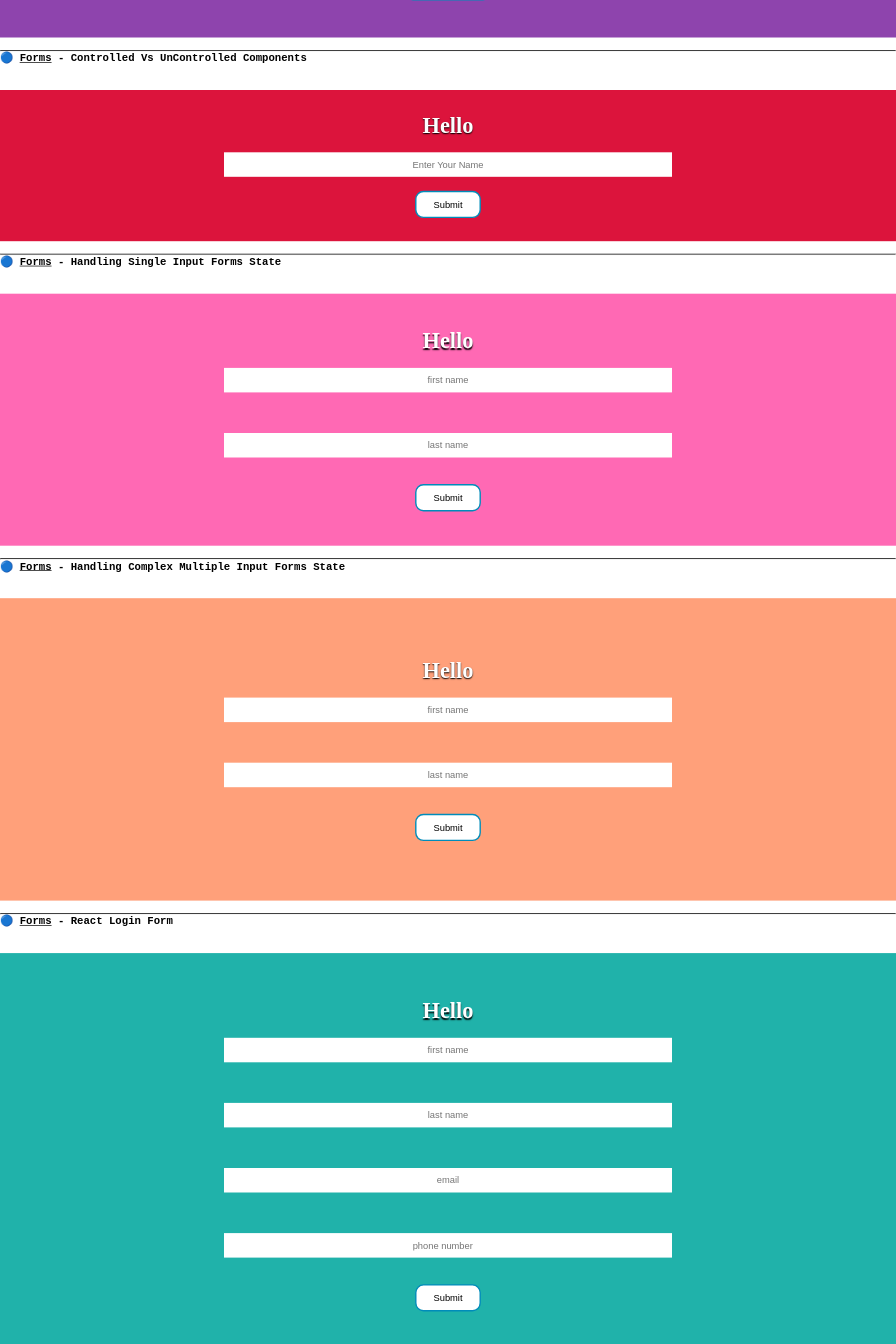
Repository: AalokJadhav/Being_ReactJS
Page: /
An editor plug-in stored every save of this project. The page is shown before and after the next save, followed by the edit.
The browser window is 1280 px wide. The pictures show the part of the page from y = 4201 to 6121 px (the page is 6121 px tall), at 70% of full size.
Some web fonts or font styles are not loaded; a fallback is used. The project was rebuilt for these pictures with package versions that can differ from the ones it lists, and the page was loaded fresh each time.

Above is the page before, as saved 2021-10-29 10:10:44.

After the next save:
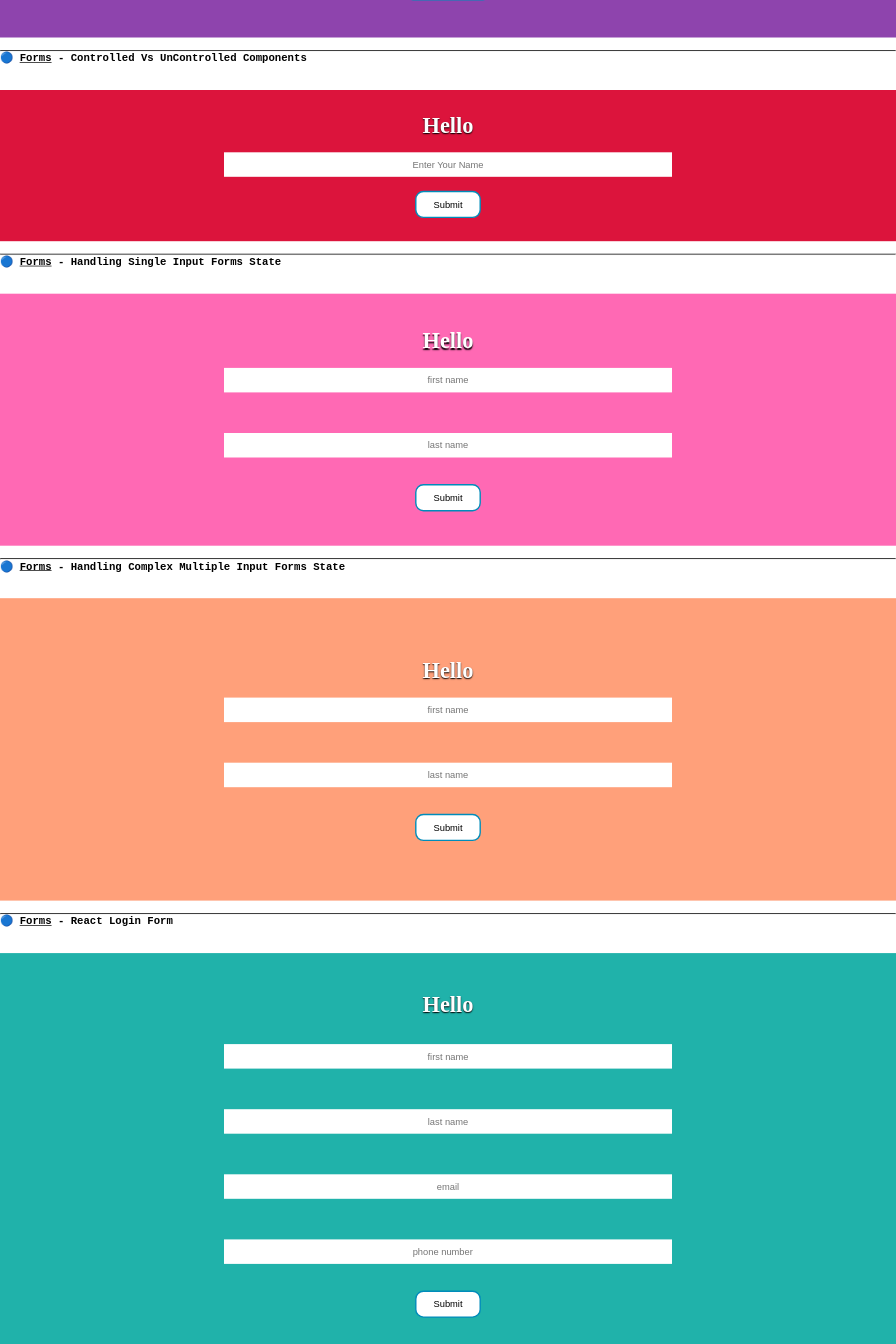
Saved 2 min 58 s later.
--- a/src/LoginForm.jsx
+++ b/src/LoginForm.jsx
@@ -69,6 +69,9 @@ const LoginForm = () => {
             <form onSubmit={submit}>
                 <div className="loginform2">
                     <h1 className="hello"> Hello {FullName.fname} {FullName.lname}</h1>
+                    <br/>
+                    <p>{FullName.email}</p>
+                    <p>{FullName.phone}</p>
                     <input type="text" placeholder="first name" onChange={inputEvent} name="fName" value={FullName.fname}></input>
                     <br />
                     <input type="text" placeholder="last name" onChange={inputEvent} name="lName" value={FullName.lname}></input>
